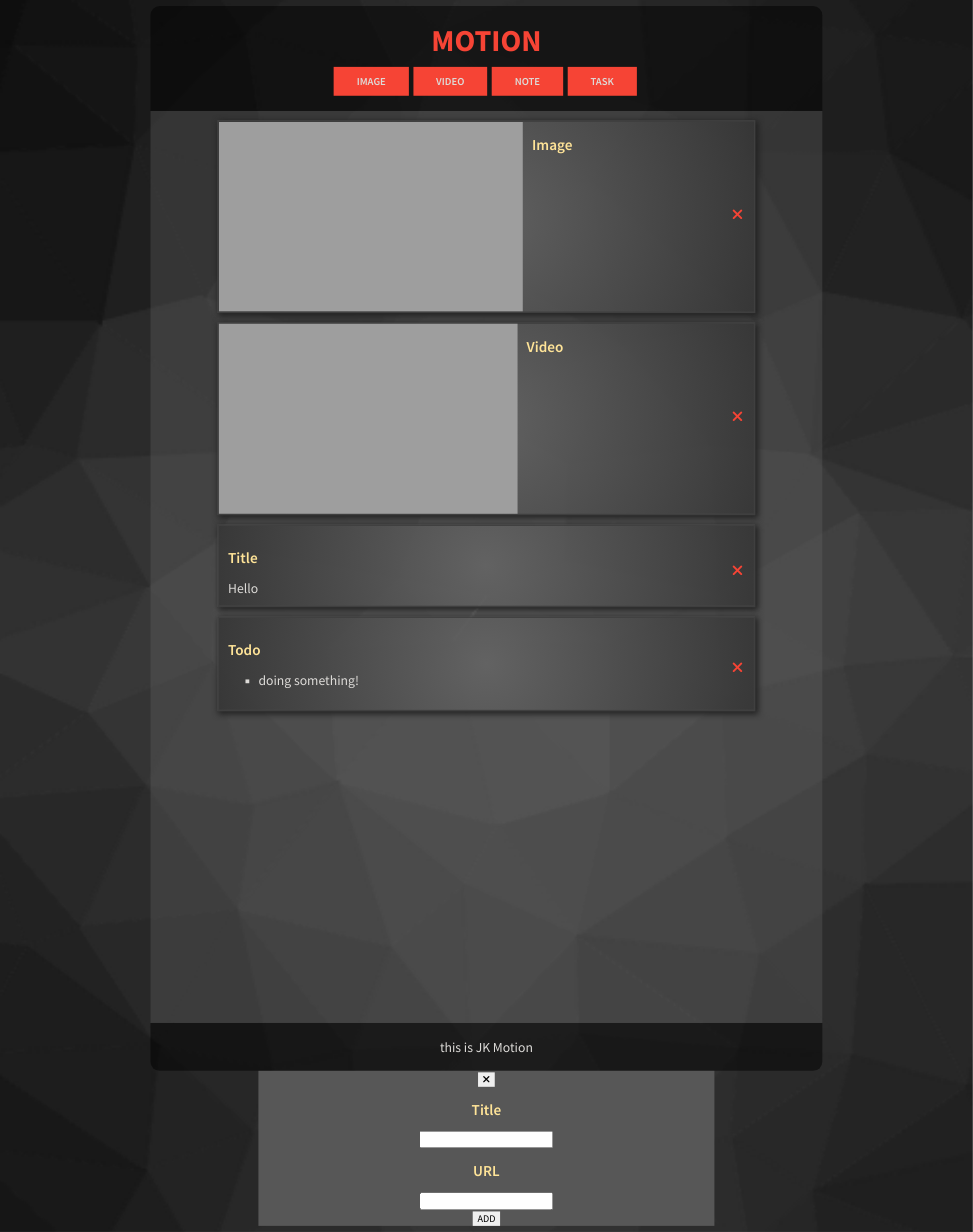
Repository: keehoonjung/Motion-project
Page: index.html
These files come from the project's save history. The page is drawn as it stood at one moment and after the next save; the edit follows.
The browser window is 1280 px wide. The pictures show the whole page, at 76% of full size.
Pictures or frames that could not be fetched are drawn as grey boxes. Some web libraries are served in a nearby version.

Above is the page before, as saved 2021-08-23 22:25:17.

After the next save:
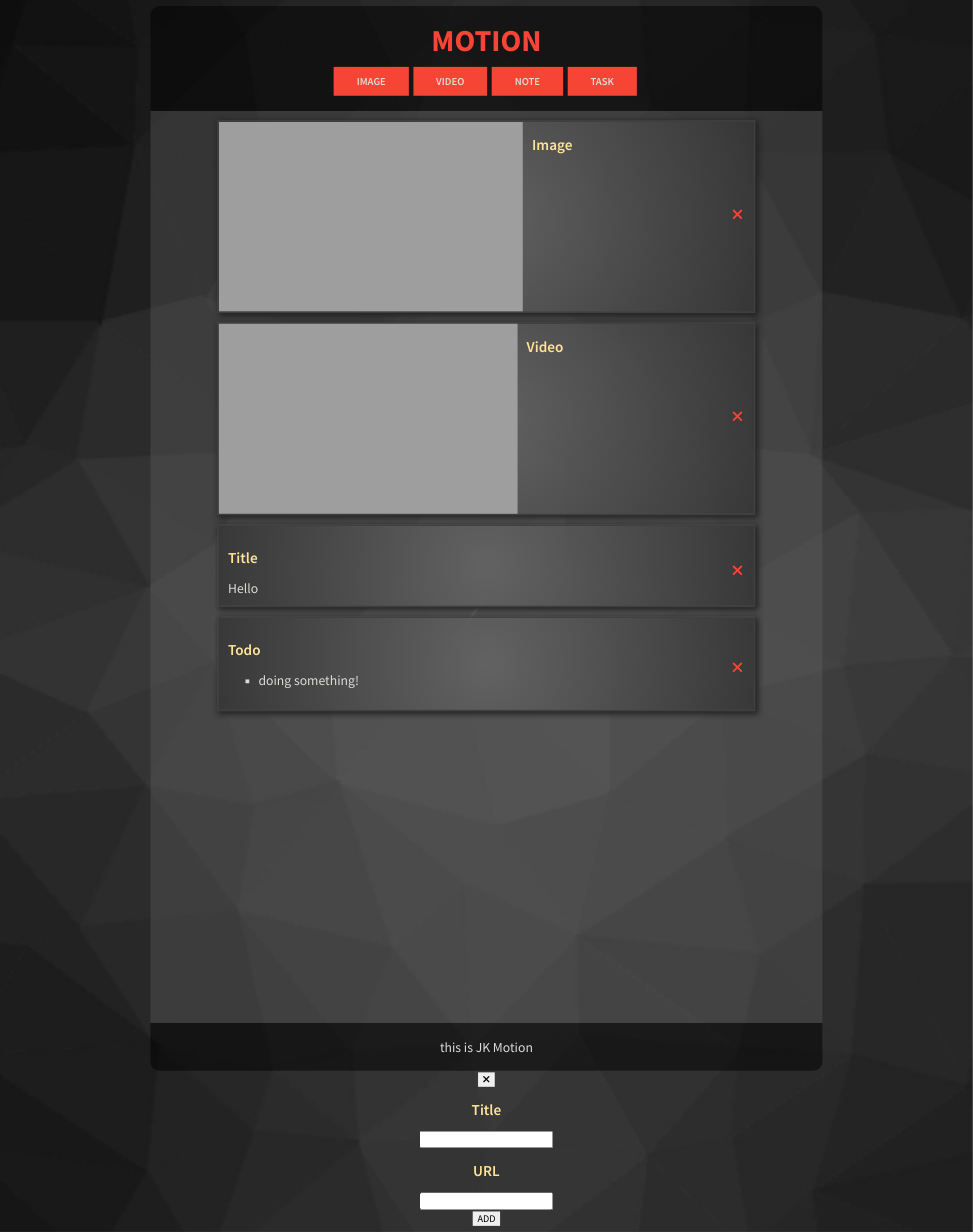
Saved 16 s later.
--- a/style.css
+++ b/style.css
@@ -153,5 +153,5 @@ button {
 .popup {
   margin: auto;
   width: 600px;
-  background: #575757;
+  background: #57575700;
 }
